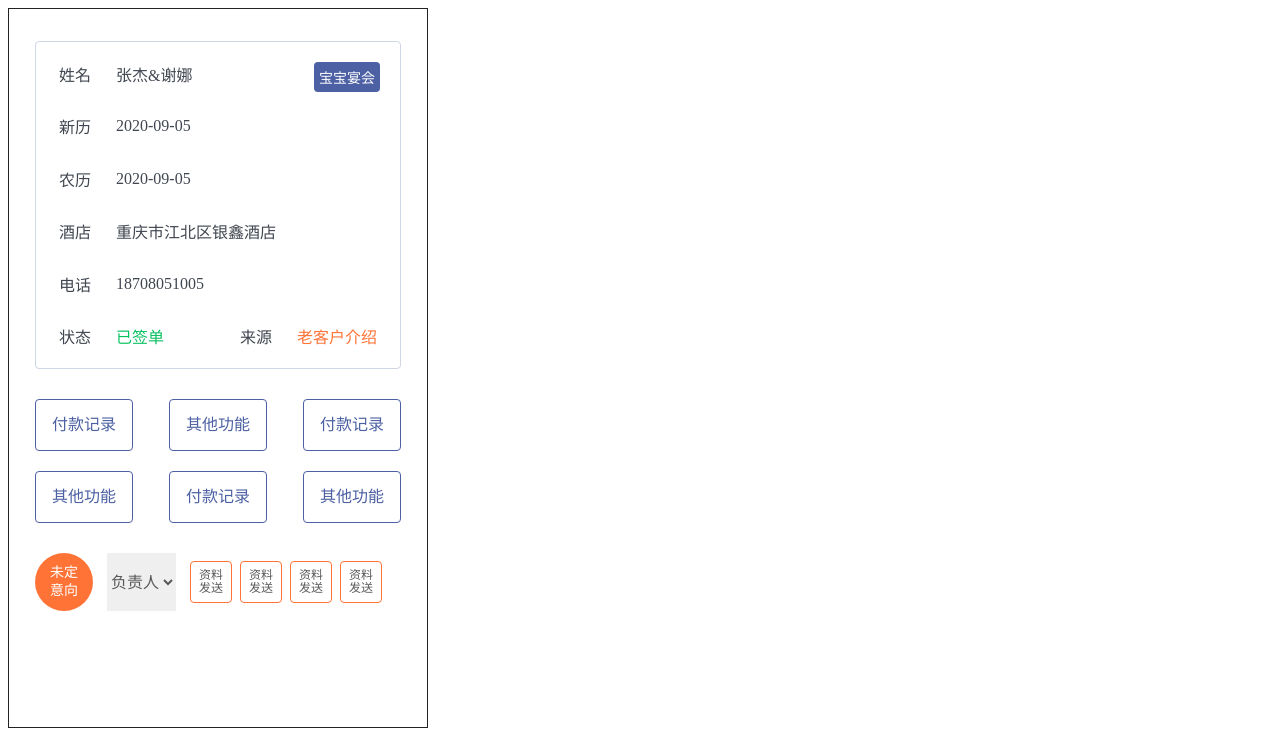
Repository: Lairuola/wedding-1
Page: index.html
The author's editor kept a copy of each file at every save. The page is drawn from the files as they stood at one save, then again after the next save.
The browser window is 1280 px wide. The pictures show the whole page.

Above is the page before, as saved 2020-12-17 14:27:17.

After the next save:
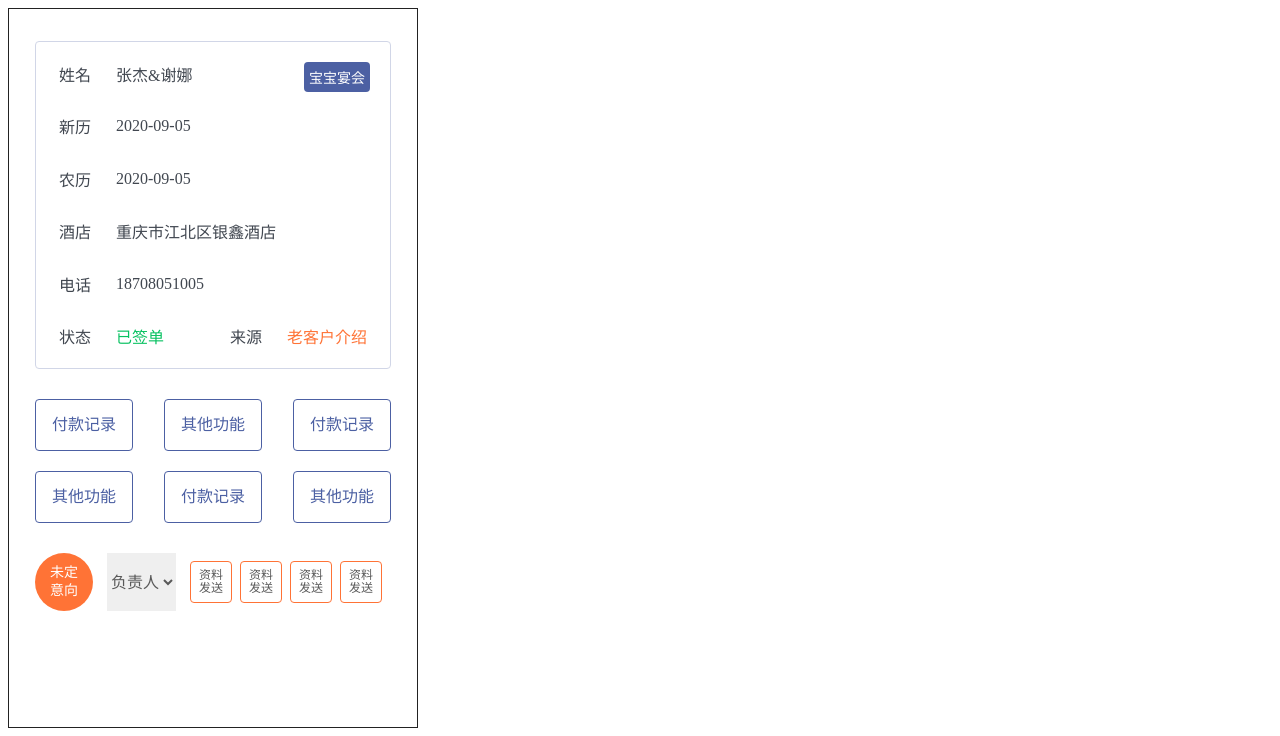
Saved 23 s later.
--- a/index.html
+++ b/index.html
@@ -2,7 +2,7 @@
  * @Author       : 濑若拉
  * @Date         : 2020-12-17 10:22:14
  * @LastEditors  : 濑若拉
- * @LastEditTime : 2020-12-17 14:27:17
+ * @LastEditTime : 2020-12-17 14:27:40
  * @FilePath     : /slidebar/index.html
 -->
 
@@ -16,7 +16,7 @@
   <title>Document</title>
   <style>
     .slide-left {
-      width: 420px;
+      width: 410px;
       height: 100vh;
       box-sizing: border-box;
       padding: 32px 26px;
